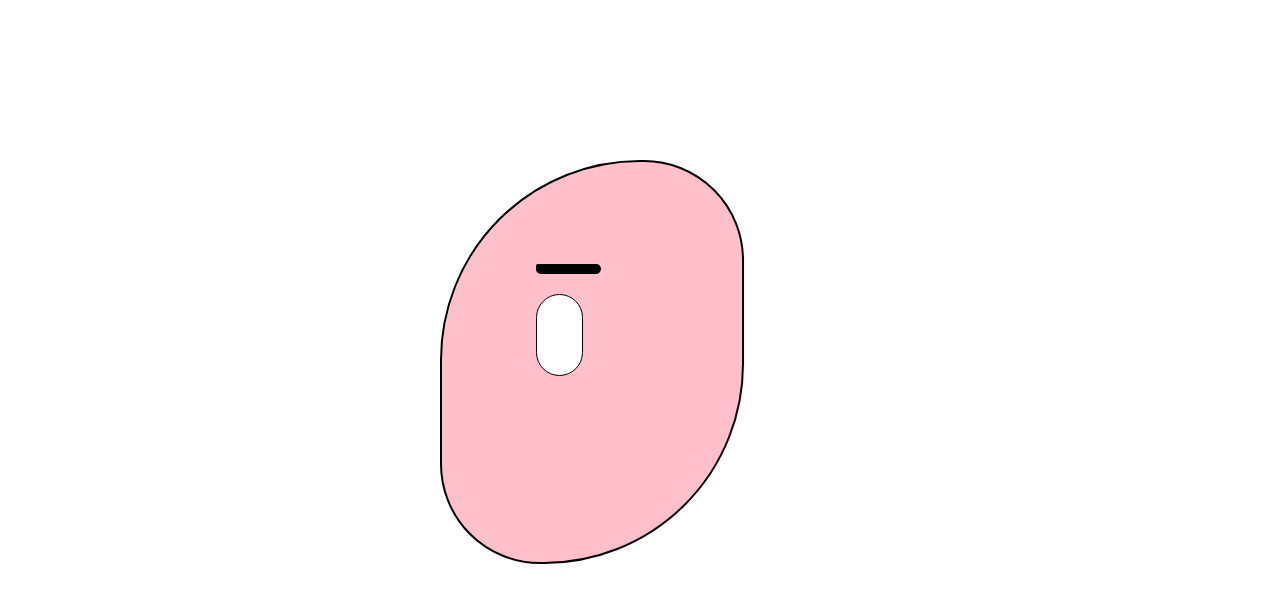
Repository: rodwestmoreland/1150
Page: cssCritter/index.html
These files come from the project's save history. The page is drawn as it stood at one moment and after the next save; the edit follows.
The browser window is 1280 px wide. The pictures show the whole page.

Above is the page before, as saved 2021-01-25 20:01:36.

After the next save:
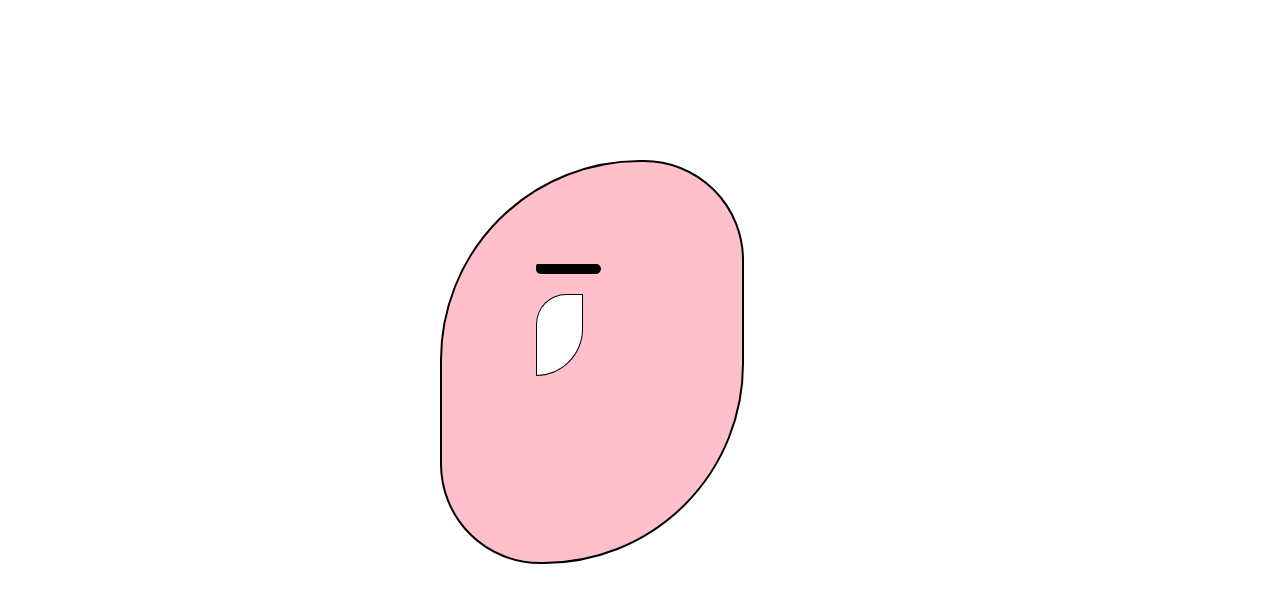
Saved 44 s later.
--- a/cssCritter/style.css
+++ b/cssCritter/style.css
@@ -21,7 +21,7 @@
    height: 80px;
    border: solid 1px #000;
    background-color: #fff;
-   border-radius: 45px;
+   border-radius: 45px 0px 70px;
    margin-top: 20px;
    margin-left: 6em;
    z-index: 10;
